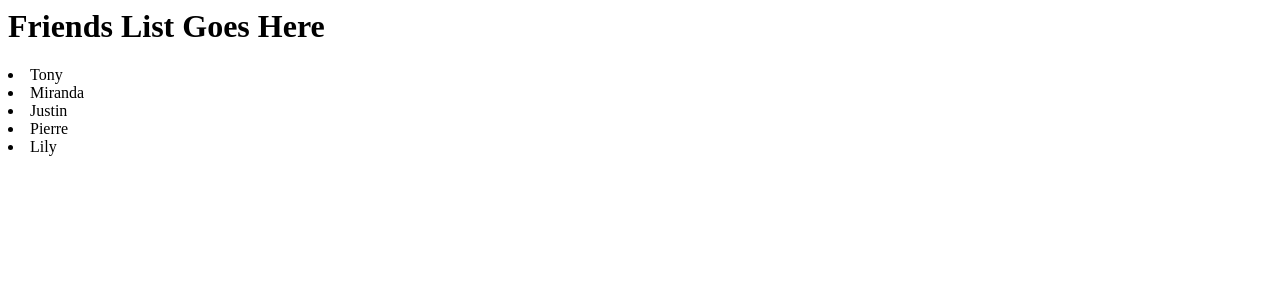
Repository: pichu0528/Web-Development
Page: http://localhost/friends
The author's editor kept a record of every edit. The page is drawn from the files as they stood at one moment, then again after the next edit.
The browser window is 1280 px wide. The pictures show the whole page.
The page is served by the project's Node server (MoreExpress/EJSDemo/PostRequestDemo/app.js).

Above is the page before.

### MoreExpress/EJSDemo/PostRequestDemo/views/friends.ejs
<h1>Friends List Goes Here</h1>

<% friends.forEach(function(friend){ %>
    <li><%= friend %></li>

<% }); %>

### MoreExpress/EJSDemo/PostRequestDemo/app.js
var express = require("express");
var app = express();

app.set("view engine", "ejs");

app.get("/", function(req,res){
   res.render("home");
});

//create friends page
app.get("/friends",function(req,res){
    var friends = ["Tony", "Miranda", "Justin", "Pierre", "Lily"];
    res.render("friends", {friends:friends});
});

app.listen(process.env.PORT, process.env.IP, function(){
    console.log("Server started!");
})

After the next edit:
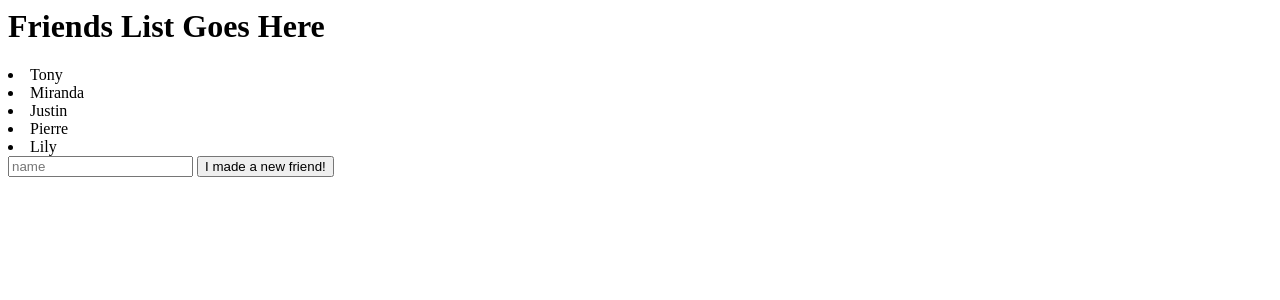
The edit:
--- a/MoreExpress/EJSDemo/PostRequestDemo/views/friends.ejs
+++ b/MoreExpress/EJSDemo/PostRequestDemo/views/friends.ejs
@@ -4,3 +4,8 @@
     <li><%= friend %></li>
 
 <% }); %>
+
+<form action="/addfriend" method="POST">
+    <input type="text" name="newfriend" placeholder="name">
+    <button>I made a new friend!</button>
+</form>
